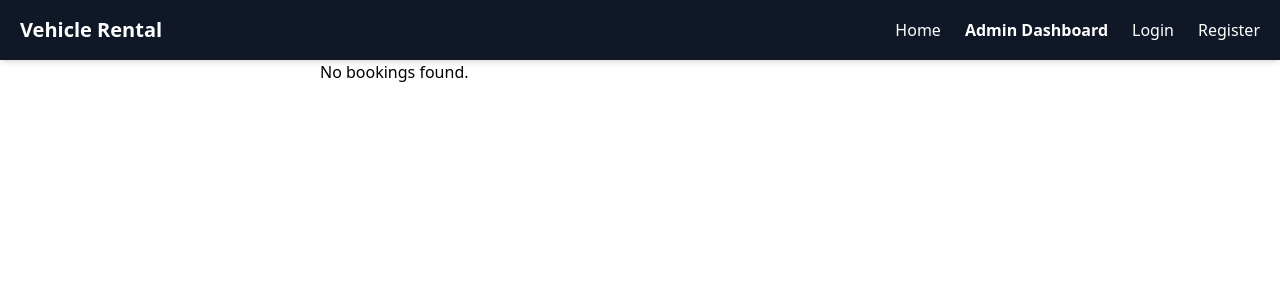
Repository: Sugan-g/vehicle-rental-system
Page: /my-bookings (app in frontend/)
These files come from the project's save history. The page is drawn as it stood at one moment and after the next save; the edit follows.
The browser window is 1280 px wide. The pictures show the whole page.
The page's requests for data from a server got no answer. The project was rebuilt for these pictures with package versions that can differ from the ones it lists, and the page was loaded fresh each time. No one was signed in, and anything a server would have sent is missing. Also part of the build but not shown: frontend/vite.config.js, frontend/src/components/VehicleCard.jsx, frontend/src/pages/HomePage.jsx, frontend/src/components/BookingForm.jsx, frontend/src/components/ReviewForm.jsx, frontend/src/pages/VehiclePage.jsx, frontend/src/pages/LoginPage.jsx, frontend/src/pages/RegisterPage.jsx and 5 more.

Above is the page before, as saved 2025-10-27 12:31:27.

### frontend/index.html
<!doctype html>
<html lang="en">
  <head>
    <meta charset="UTF-8" />
    <link rel="icon" type="image/svg+xml" href="/vite.svg" />
    <meta name="viewport" content="width=device-width, initial-scale=1.0" />
    <title>Vehicle Rental System</title>
        <link rel="stylesheet" href="/src/index.css" />

  </head>
  <body>
    <div id="root"></div>
    <script type="module" src="/src/main.jsx"></script>
  </body>
</html>

### frontend/src/main.jsx
import React from "react";
import ReactDOM from "react-dom/client";
import App from "./App.jsx";
import "./index.css";

ReactDOM.createRoot(document.getElementById("root")).render(
    <React.StrictMode>
        <App />
    </React.StrictMode>
);

### frontend/src/App.jsx
import { BrowserRouter as Router, Routes, Route } from "react-router-dom";
import Navbar from "./components/Navbar.jsx";
import HomePage from "./pages/HomePage.jsx";
import VehiclePage from "./pages/VehiclePage.jsx";
import LoginPage from "./pages/LoginPage.jsx";
import RegisterPage from "./pages/RegisterPage.jsx";
import RentalHistoryPage from "./pages/RentalHistoryPage.jsx";
import AdminPage from "./pages/AdminPage.jsx";
import BookingPage from "./pages/BookingPage.jsx";
import MyBookings from "./pages/MyBookings.jsx";
import EditBooking from "./pages/EditBooking.jsx";

function App() {
    return (
        <Router>
            <Navbar />
            <Routes>
                <Route path="/" element={<HomePage />} />
                <Route path="/vehicle/:id" element={<VehiclePage />} />
                <Route path="/login" element={<LoginPage />} />
                <Route path="/register" element={<RegisterPage />} />
                <Route path="/rental-history" element={<RentalHistoryPage />} />
                <Route path="/admin" element={<AdminPage />} />
                <Route path="/book/:vehicleId" element={<BookingPage />} />
                <Route path="/my-bookings" element={<MyBookings />} />
                <Route path="/edit-booking/:id" element={<EditBooking />} />

            </Routes>
        </Router>
    );
}

export default App;

### frontend/src/components/Navbar.jsx
import { Link, useNavigate } from "react-router-dom";
import { useState, useEffect } from "react";
import { FiMenu, FiX } from "react-icons/fi";

export default function Navbar() {
  const navigate = useNavigate();
  const [isLoggedIn, setIsLoggedIn] = useState(false);
  const [menuOpen, setMenuOpen] = useState(false);
  const [role, setRole] = useState(null);

  useEffect(() => {
    const token = localStorage.getItem("token");
    const userRole = localStorage.getItem("role");

    setIsLoggedIn(!!token);
    setRole(userRole);
  }, []);

  const handleLogout = () => {
    localStorage.removeItem("token");
    localStorage.removeItem("role");
    setIsLoggedIn(false);
    setRole(null);
    navigate("/login");
  };

  return (
    <nav className="bg-gray-900 text-white px-5 py-4 shadow-md fixed top-0 left-0 w-full z-50">
      <div className="flex justify-between items-center">
        <Link to="/" className="text-xl font-bold">
          Vehicle Rental
        </Link>

        {/* Mobile Menu Toggle */}
        <button
          className="md:hidden text-2xl"
          onClick={() => setMenuOpen(!menuOpen)}
        >
          {menuOpen ? <FiX /> : <FiMenu />}
        </button>

        {/* Desktop Menu */}
        <div className="hidden md:flex space-x-6 items-center">
          <Link to="/">Home</Link>

            <Link to="/admin" className="font-semibold">
              Admin Dashboard
            </Link>


          {isLoggedIn ? (
            <>
              <Link to="/rental-history">My Rentals</Link>
              <button onClick={handleLogout} className="hover:text-red-400">
                Logout
              </button>
            </>
          ) : (
            <>
              <Link to="/login">Login</Link>
              <Link to="/register">Register</Link>
            </>
          )}
        </div>
      </div>

      {/* ✅ Mobile Dropdown Menu */}
      <div
        className={`md:hidden transition-all duration-300 overflow-hidden ${
          menuOpen ? "max-h-60 mt-3" : "max-h-0"
        }`}
      >
        <div className="bg-gray-800 p-5 rounded-lg flex flex-col space-y-4 text-center">
          <Link to="/" onClick={() => setMenuOpen(false)}>
            Home
          </Link>

          {isLoggedIn && role === "admin" && (
            <Link
              to="/admin/dashboard"
              onClick={() => setMenuOpen(false)}
              className="font-semibold text-yellow-400"
            >
              Admin Dashboard
            </Link>
          )}

          {isLoggedIn ? (
            <>
              <Link
                to="/rental-history"
                onClick={() => setMenuOpen(false)}
              >
                My Rentals
              </Link>
              <button
                onClick={() => {
                  handleLogout();
                  setMenuOpen(false);
                }}
                className="text-red-400 font-semibold"
              >
                Logout
              </button>
            </>
          ) : (
            <>
              <Link to="/login" onClick={() => setMenuOpen(false)}>
                Login
              </Link>
              <Link to="/register" onClick={() => setMenuOpen(false)}>
                Register
              </Link>
            </>
          )}
        </div>
      </div>
    </nav>
  );
}

### frontend/src/pages/MyBookings.jsx
import { useEffect, useState } from "react";
import { Link } from "react-router-dom";
import API from "../api/api";

export default function MyBookings() {
    const [bookings, setBookings] = useState([]);

    const fetchData = async () => {
        const res = await API.get("/bookings/my");
        setBookings(res.data);
    };

    useEffect(() => { fetchData(); }, []);

    const handleCancel = async (id) => {
        if (!window.confirm("Cancel this booking?")) return;
        try {
            await API.put(`/bookings/${id}/cancel`);
            alert("Booking cancelled ✅ Email sent!");
            fetchData();
        } catch (error) {
            alert("Error cancelling booking");
        }
    };

    return (
        <div className="p-4 max-w-2xl mx-auto">
            <h1 className="text-xl font-bold mb-4 text-center">My Bookings</h1>

            {bookings.length === 0 && <p>No bookings found.</p>}

            {bookings.map(b => (
                <div key={b._id} className="border p-4 rounded-lg mb-3 shadow-sm bg-white">
                    <p className="font-semibold text-lg">
                        {b.vehicle.make} {b.vehicle.model}
                    </p>

                    <p>From: {new Date(b.startDate).toDateString()}</p>
                    <p>To: {new Date(b.endDate).toDateString()}</p>

                    <p className={`font-medium ${b.status === "cancelled" ? "text-red-600" : "text-green-600"}`}>
                        Status: {b.status}
                    </p>

                    <div className="flex gap-3 mt-3">
                        {b.status !== "cancelled" && (
                            <>
                                <Link
                                    to={`/edit-booking/${b._id}`}
                                    className="bg-blue-600 text-white px-3 py-1 rounded w-full text-center"
                                >
                                    Edit
                                </Link>

                                <button
                                    onClick={() => handleCancel(b._id)}
                                    className="bg-red-600 text-white px-3 py-1 rounded w-full"
                                >
                                    Cancel
                                </button>
                            </>
                        )}
                    </div>
                </div>
            ))}
        </div>
    );
}

### frontend/src/api/api.js
import axios from "axios";

const API = axios.create({
    baseURL: "http://localhost:5000/api"
});

// Add token automatically
API.interceptors.request.use((req) => {
    const token = localStorage.getItem("token");
    if (token) req.headers.Authorization = `Bearer ${token}`;
    return req;
});

export default API;

Loaded but not shown: frontend/src/index.css (common file)

After the next save:
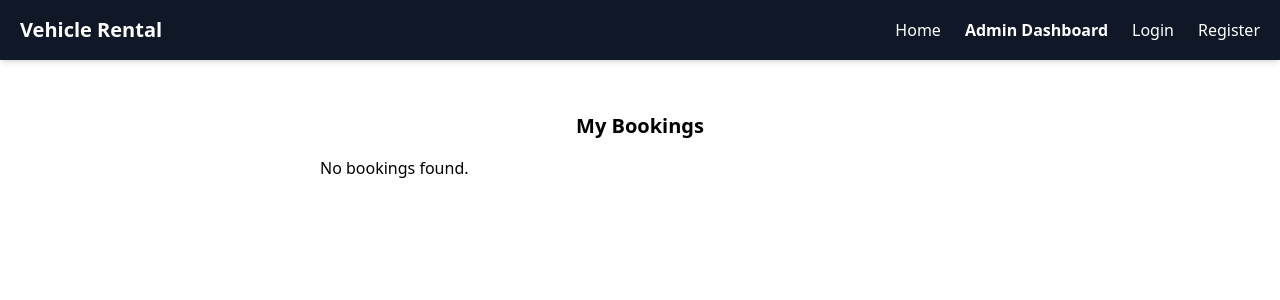
Saved 2 min 41 s later.
--- a/frontend/src/pages/MyBookings.jsx
+++ b/frontend/src/pages/MyBookings.jsx
@@ -24,7 +24,7 @@ export default function MyBookings() {
     };
 
     return (
-        <div className="p-4 max-w-2xl mx-auto">
+        <div className="px-4 pt-24 pb-6 max-w-2xl mx-auto md:pt-28">
             <h1 className="text-xl font-bold mb-4 text-center">My Bookings</h1>
 
             {bookings.length === 0 && <p>No bookings found.</p>}
@@ -42,25 +42,24 @@ export default function MyBookings() {
                         Status: {b.status}
                     </p>
 
-                    <div className="flex gap-3 mt-3">
-                        {b.status !== "cancelled" && (
-                            <>
-                                <Link
-                                    to={`/edit-booking/${b._id}`}
-                                    className="bg-blue-600 text-white px-3 py-1 rounded w-full text-center"
-                                >
-                                    Edit
-                                </Link>
+                    {b.status !== "cancelled" && (
+                        <div className="flex gap-3 mt-3">
+                            <Link
+                                to={`/edit-booking/${b._id}`}
+                                state={{ booking: b }}
+                                className="bg-blue-600 text-white px-3 py-1 rounded w-full text-center"
+                            >
+                                Edit
+                            </Link>
 
-                                <button
-                                    onClick={() => handleCancel(b._id)}
-                                    className="bg-red-600 text-white px-3 py-1 rounded w-full"
-                                >
-                                    Cancel
-                                </button>
-                            </>
-                        )}
-                    </div>
+                            <button
+                                onClick={() => handleCancel(b._id)}
+                                className="bg-red-600 text-white px-3 py-1 rounded w-full"
+                            >
+                                Cancel
+                            </button>
+                        </div>
+                    )}
                 </div>
             ))}
         </div>
